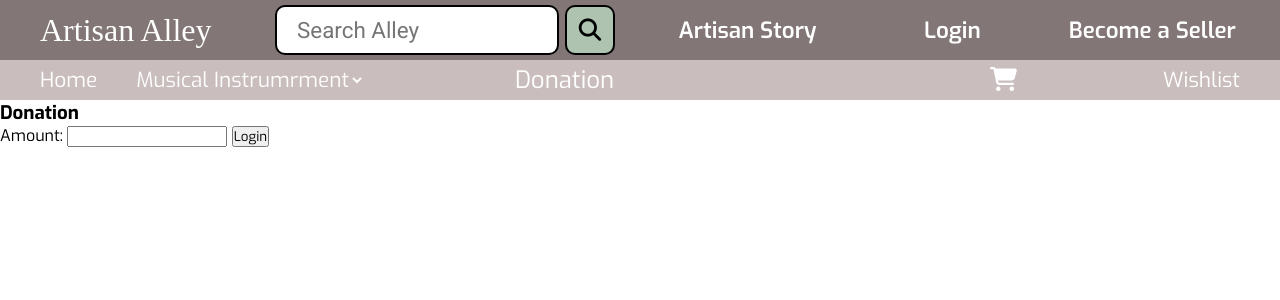
Repository: RingkhangBTY/Bytehacks_Hackathon_Project
Page: donation.html
These files come from the project's save history. The page is drawn as it stood at one moment and after the next save; the edit follows.
The browser window is 1280 px wide. The pictures show the whole page.
Some web fonts or font styles are not loaded; a fallback is used.

Above is the page before, as saved 2024-11-27 10:25:43.

### donation.html
<!DOCTYPE html>
<html lang="en">
<head>
    <meta charset="UTF-8">
    <meta name="viewport" content="width=device-width, initial-scale=1.0">
    <title>Document</title>
    <link
      rel="stylesheet"
      href="https://cdnjs.cloudflare.com/ajax/libs/font-awesome/6.7.1/css/all.min.css"
      integrity="sha512-5Hs3dF2AEPkpNAR7UiOHba+lRSJNeM2ECkwxUIxC1Q/FLycGTbNapWXB4tP889k5T5Ju8fs4b1P5z/iB4nMfSQ=="
      crossorigin="anonymous"
      referrerpolicy="no-referrer"
    />
    <link rel="stylesheet" href="style.css">
</head>
<body>
    <header>
        <div class="split-div">
            <div class="half half-top">
              <a href="index.html" class="logo">Artisan Alley</a>

              <div class="searchdiv">
                <input
                  type="text"
                  placeholder="Search Alley"
                  class="searchbar"
                  id=""
                />

                <div class="search-icon">
                  <button class="alley-search">
                    <i class="fa-solid fa-magnifying-glass"></i>
                  </button>
                </div>
              </div>

              <div class="artisan-story">
                <a href="artisan-story.html" class="story" id="">Artisan Story</a>
              </div>

              <div class="login-and-seller">
                <a href="login/login.html" class="account-login login" id="">Login</a>
                <a href="" class="seller-login login" id="">Become a Seller</a>
              </div>
            </div>

            <div class="half half-bottom">
              <div class="home-and-categories nav2">
                <a href="index.html" class="home">Home</a>

                <label for="categories"></label>
                <select id="categories" class="categories">
                  <option value="" disabled selected>Categories</option>
                  <option value="" selected>Painting</option>
                  <option value="" selected>Sculpture</option>
                  <option value="" selected>Drawing</option>
                  <option value="" selected>Handcraft</option>
                  <option value="" selected>Musical Instrumrment</option>
                </select>
              </div>

              <div class="donation-container nav2">
                <a class="donation" href="donation.html">Donation</a>
              </div>

              <div class="cart-wishlist nav2">
                <a href="index.html" class="cart" id=""
                  ><i class="fa-solid fa-cart-shopping"></i
                ></a>

                <button class="wishlist" id="">Wishlist</button>
              </div>
            </div>
          </div>
    </header>

    <main>
        <div class="donation-container">
            <!-- <h2>Welcome to </h2> -->
            <form id="donation from">
                <h3>Donation</h3>
                <lab for="donation">Amount:</lab>
                <input type="amount" id="text" name="Email">



                <button type="submit">Login</button>
            </form>
        </div>
    </main>
</body>
</html>

### style.css
@import url("https://fonts.googleapis.com/css2?family=Roboto:ital,wght@0,100;0,300;0,400;0,500;0,700;0,900;1,100;1,300;1,400;1,500;1,700;1,900&display=swap");
@import url("https://fonts.googleapis.com/css2?family=Edu+AU+VIC+WA+NT+Pre:wght@400..700&display=swap");
@import url("https://fonts.googleapis.com/css2?family=Exo:ital,wght@0,100..900;1,100..900&display=swap");

* {
  margin: 0;
  padding: 0;
  box-sizing: border-box;
  font-family: Exo;
}

body {
  header {
    .split-div {
      width: 100%;
      height: 30%;

      .half {
        width: 100%;
      }

      .half-top {
        background-color: #827676;
        height: 70%;
        display: flex;
        justify-content: space-between;
        align-items: center;

        .logo {
          text-decoration: none;
          color: white;
          font-size: 2rem;
          font-family: Edu AU VIC WA NT Pre, cursive;
          font-weight: 500;
          margin-left: 40px;
        }

        .searchdiv {
          display: flex;

          .searchbar {
            height: 50px;
            width: 100%;
            border: black 2px solid;
            outline: none;
            border-radius: 10px;
            padding-left: 20px;
            font-size: 1.4rem;
            font-family: Roboto;
            margin-right: 5px;
          }

          .alley-search {
            display: flex;
            justify-content: center;
            align-items: center;
            width: 50px;
            height: 50px;
            background-color: #aec3b0;
            border: 2px black solid;
            margin-left: 1px;
            border-radius: 10px;
            cursor: pointer;

            i {
              color: black;
              font-size: 1.4rem;
            }
          }
        }

        .artisan-story .story{
          color: white;
          font-size: 1.4rem;
          text-decoration: none;
          font-family: Exo;
          font-weight: 600;
        }

        .login-and-seller {
          height: 60px;
          width: 400px;
          display: flex;
          justify-content: space-around;
          align-items: center;
        }

        .login-and-seller .login {
          color: white;
          font-size: 1.4rem;
          text-decoration: none;
          font-family: Exo;
          font-weight: 600;
        }
      }

      .half-bottom {
        background-color: #cabdbd;
        height: 30%;
        display: flex;
        justify-content: space-between;
        align-items: center;

        .nav2 {
          height: 40px;
          width: 250px;
          display: flex;
          justify-content: space-between;
          align-items: center;
          margin-left: 40px;
          margin-right: 40px;

          .home {
            text-decoration: none;
            color: white;
            margin-right: 10%;
            font-size: 1.3rem;
          }

          .categories {
            height: 100%;
            padding-left: 10px;
            text-align: center;
            border: none;
            background: transparent;
            border-radius: 5px;
            outline: none;
            font-size: 1.3rem;
            color: #fdfdfd;
            cursor: pointer;
          }
          .categories option[selected]{
            margin-left: 20px;
            background-color: #e6f7ff;
            color: #2a2828;
          }

          .donation{
            display: block;
            text-decoration: none;
            font-size: 1.5rem;
            color: white;
          }

          .cart {
            text-decoration: none;
            font-size: 1.5rem;
            color: white;
          }

          .wishlist {
            height: 100%;
            border-radius: 5px;
            background: transparent;
            border: none;
            outline: none;
            font-size: 1.3rem;
            color: white;
          }
        }
      }
    }
  }
}

.products{
  display: flex;
  gap: 10px;
  margin: 10px;
}

.left-container,.middle-container,.right-container{
  display: flex;
  border-radius: 5px;
  padding: 5px;
  padding-top: 10px;
  width: auto;
}
.left-container{
  padding-left: 17%;
}
.right-container{
  padding-right: 17%;
}
.grid-layout{
  display: grid;
  grid-template-rows: auto ;
  gap: 10px;
}
.grid-item{
  background-color: antiquewhite;
  border: 1px solid #ccc;
  width: 100%;
  border-radius: 5px;
  text-align: center;
  padding: 10px;
  padding-bottom: 10px;
}
.grid-item img{
  width: 100%;
  height: auto;
  border-radius: 5px;
}
.grid-item p{
  font-size: large;
  font-family: Cambria, Cochin, Georgia, Times, 'Times New Roman', serif;
  margin-bottom: 5%;
}

footer{
  background-color: #827676;
    color: #fff;
    padding: 20px 40px;
    text-align: center;
}

.footer-container{
  display: flex;
  justify-content: space-between;
  flex-wrap: wrap;
    gap: 40px;
    max-width: 1200px;
    margin: 0 auto;
    padding-left: 20%;
    padding-right: 20%;
}

.imfo-container{
  display: flex;
    flex-direction: column;
    align-items: center;
    gap: 10px;
}

.imfo-container h6{
  display: flex;
  flex-direction: column;
  font-size: 1rem;
  line-height: 1.6rem;
  display: flex;
  flex-direction: column;
  align-items: center;
  color: #ddd;
  margin: 10px auto;
}
.imfo-container  p, .imfo-container a{
  font-size: 1rem;
  line-height: 1.6rem;
  color: #ddd;
  text-decoration: none;
  display: block;
}

After the next save:
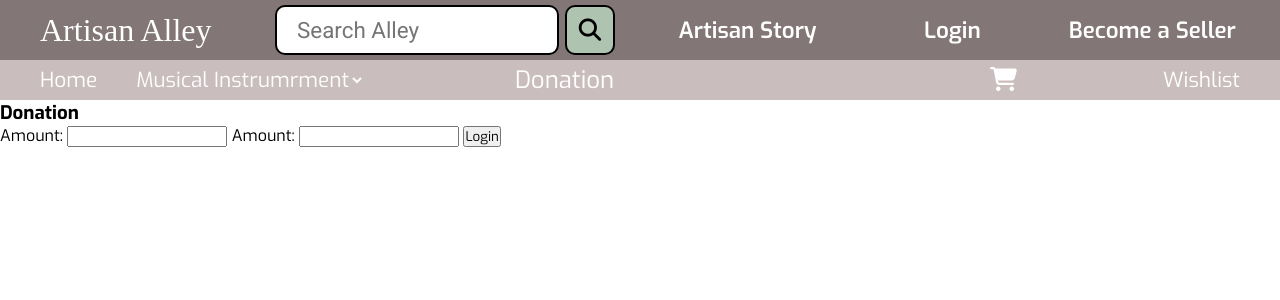
Saved 8 s later.
--- a/donation.html
+++ b/donation.html
@@ -81,6 +81,8 @@
                 <h3>Donation</h3>
                 <lab for="donation">Amount:</lab>
                 <input type="amount" id="text" name="Email">
+                <lab for="donation">Amount:</lab>
+                <input type="amount" id="text" name="Email">
 
 
 
